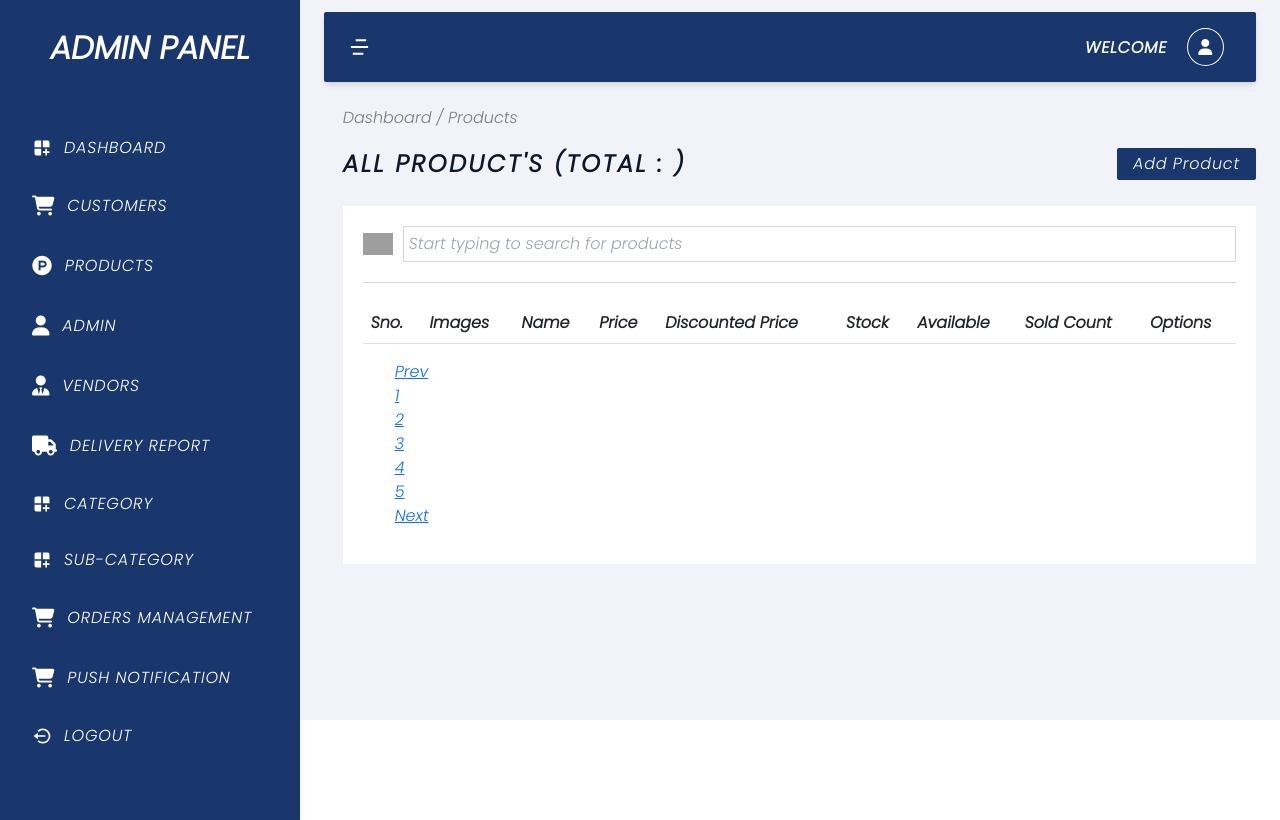
Repository: FlyweisReact/AnilAdminPanel
Page: /E-Commerce/Product
The author's editor kept a copy of each file at every save. The page is drawn from the files as they stood at one save, then again after the next save.
The browser window is 1280 px wide. The pictures show the whole page.
Pictures or frames that could not be fetched are drawn as grey boxes. The page's requests for data from a server got no answer. Some web libraries are served in a nearby version. The project was rebuilt for these pictures with package versions that can differ from the ones it lists, and the page was loaded fresh each time. No one was signed in, and anything a server would have sent is missing. Also part of the build but not shown: src/E-CommerceAdmin/forms/Login.jsx, src/E-CommerceAdmin/pages/Dashboard.jsx, src/E-CommerceAdmin/pages/ECategory.js, src/E-CommerceVendor/forms/EVendorLogin.jsx, src/E-CommerceAdmin/pages/EVendorList.js, src/E-CommerceAdmin/pages/EAdminOrders.js, src/E-CommerceAdmin/pages/EAdminProduct.js, src/E-CommerceAdmin/pages/EAdminDelivery.js and 5 more. Imported but missing from the stored project, and not drawn on this page: src/E-CommerceVendor/pages/EVCategory, src/E-CommerceVendor/pages/EVDashboard, src/E-CommerceVendor/pages/EVOrders, src/E-CommerceVendor/pages/EVProduct, src/E-CommerceVendor/pages/EVSubCategory.

Above is the page before, as saved 2023-05-02 16:15:21.

### public/index.html
<!-- @format -->

<!DOCTYPE html>
<html lang="en">
  <head>
    <meta charset="utf-8" />
    <meta name="viewport" content="width=device-width, initial-scale=1" />
    <meta name="theme-color" content="#000000" />
    <meta
      name="description"
      content="Web site created using create-react-app"
    />
    <link rel="apple-touch-icon" href="%PUBLIC_URL%/favicon.ico?v=2" />
    <link rel="manifest" href="%PUBLIC_URL%/manifest.json" />
    <link rel="preconnect" href="https://fonts.googleapis.com">
<link rel="preconnect" href="https://fonts.gstatic.com" crossorigin>
<link href="https://fonts.googleapis.com/css2?family=Roboto+Mono:ital,wght@1,300&display=swap" rel="stylesheet">
    <title>Anil Admin Panel</title>
  </head>
  <body>
    <noscript>You need to enable JavaScript to run this app.</noscript>
    <div id="root"></div>
    <script src="https://code.jquery.com/jquery-3.6.0.min.js"></script>
    <script src="https://kit.fontawesome.com/b533b351e4.js" crossorigin="anonymous"></script>
  </body>
</html>

### src/E-CommerceAdmin/pages/EProduct.js
/** @format */

import React, { useEffect, useState } from "react";
import HOC from "../layout/HOC";
import { Table, Modal, Form, Button, Badge } from "react-bootstrap";
import { toast } from "react-toastify";
import axios from "axios";


const EProduct = () => {
  const [modalShow, setModalShow] = React.useState(false);
  const [modalShow2, setModalShow2] = useState(false);
  const [edit, setEdit] = useState(false);
  const [data, setData] = useState([]);
  const [id, setId] = useState("");
  const [ dataLength , setDataLength ] = useState("")




  const fetchData = async () => {
    try {
      const { data } = await axios.get(
        " https://xw9mf13nwl.execute-api.ap-south-1.amazonaws.com/dev/api/v1/products"
      );
      setData(data);
      setDataLength(data?.data?.length)
    } catch (e) {
      console.log(e);
    }
  };



  useEffect(() => {
    fetchData();
  }, []);

  const [ currentPage  , setCurrentPage ] = useState(1)
  const recordsPerPage = 5 ;
  const lastIndex = currentPage  * recordsPerPage ;
  const firstIndex = lastIndex - recordsPerPage ;
  const records = data?.data?.slice(firstIndex , lastIndex)
  const npage = Math.ceil(21 / recordsPerPage )
  const numbers =  [ ...Array(npage + 1 ).keys()]?.slice(1)


  console.log(records)



  function MyVerticallyCenteredModal(props) {



    return (
      <Modal
        {...props}
        size="lg"
        aria-labelledby="contained-modal-title-vcenter"
        centered
      >
        <Modal.Header closeButton>
          <Modal.Title id="contained-modal-title-vcenter">
            {" "}
            {edit ? "Edit Product" : " Add New Product"}
          </Modal.Title>
        </Modal.Header>
        <Modal.Body>
          <Form>
            <Form.Group className="mb-3">
              <Form.Label>Product Images</Form.Label>
              <Form.Control type="file" required multiple />
            </Form.Group>

            <Form.Group className="mb-3">
              <Form.Label> Product Name</Form.Label>
              <Form.Control type="text" required placeholder="Product Name" />
            </Form.Group>
            <Form.Group className="mb-3">
              <Form.Label> Category</Form.Label>
              <Form.Select aria-label="Default select example" required>
                <option>-- Select Category --</option>
                <option>First Category</option>
                <option>Second Category</option>
              </Form.Select>
            </Form.Group>

            <Form.Group className="mb-3">
              <Form.Label>Minimum Purchase Qty </Form.Label>
              <Form.Control type="number" min={0} required placeholder="1" />
            </Form.Group>

            <Form.Group className="mb-3">
              <Form.Label>Tags</Form.Label>
              <Form.Control type="number" min={0} required placeholder="Tags" />
            </Form.Group>

            <Form.Group className="mb-3">
              <Form.Label>Description</Form.Label>
              <Form.Control type="text" required placeholder="" />
            </Form.Group>
            <Form.Group className="mb-3">
              <Form.Label>Reviews</Form.Label>
              <Form.Control type="text" required placeholder="" />
            </Form.Group>
            <Form.Group className="mb-3">
              <Form.Label>Discount</Form.Label>
              <Form.Control type="text" required placeholder="" />
            </Form.Group>
            <Form.Group className="mb-3">
              <Form.Label>Price</Form.Label>
              <Form.Control type="text" required placeholder="" />
            </Form.Group>
            <Form.Group className="mb-3">
              <Form.Label>Discounted Price</Form.Label>
              <Form.Control type="text" required placeholder="" />
            </Form.Group>
            <Form.Group className="mb-3">
              <Form.Label>Size</Form.Label>
              <Form.Control type="text" required placeholder="" />
            </Form.Group>
            <Form.Group className="mb-3">
              <Form.Label>Color</Form.Label>
              <Form.Control type="text" required placeholder="" />
            </Form.Group>
            <Form.Group className="mb-3">
              <Form.Label>Stock</Form.Label>
              <Form.Control type="text" required placeholder="" />
            </Form.Group>
            <Form.Group className="mb-3">
              <Form.Label>Highlights</Form.Label>
              <Form.Control type="text" required placeholder="" />
            </Form.Group>

            <Button
              style={{ backgroundColor: "#19376d", borderRadius: "0" }}
              type="submit"
            >
              Submit
            </Button>
          </Form>
        </Modal.Body>
      </Modal>
    );
  }

  function MyVerticallyCenteredModal2(props) {
    const [product, setProduct] = useState([]);

    const fetchProduct = async () => {
      try {
        const { data } = await axios.get(
          ` https://xw9mf13nwl.execute-api.ap-south-1.amazonaws.com/dev/api/v1/products/${id}`
        );
        setProduct(data);
      } catch (e) {
        console.log(e);
      }
    };

    useEffect(() => {
      if (props.show) {
        fetchProduct();
      }
    }, [props.show]);

    return (
      <Modal
        {...props}
        size="lg"
        aria-labelledby="contained-modal-title-vcenter"
        centered
      >
        <Modal.Header closeButton>
          <Modal.Title id="contained-modal-title-vcenter">
            {" "}
            {product?.data?.name}
          </Modal.Title>
        </Modal.Header>
        <Modal.Body>
          <p className="View">
            {" "}
            <strong>Name : </strong> {product?.data?.name}
          </p>
          <p className="View">
            {" "}
            <strong>Description : </strong> {product?.data?.description}
          </p>
          <p className="View">
            {" "}
            <strong>Price : </strong> {product?.data?.price}
          </p>
          <p className="View">
            {" "}
            <strong>Stock : </strong> {product?.data?.stock}
          </p>
          <p className="View">
            {" "}
            <strong>Variant : </strong> {product?.data?.variant}
          </p>
          <p className="View">
            {" "}
            <strong>Unit : </strong> {product?.data?.unit}
          </p>
          <p className="View">
            {" "}
            <strong>Brand : </strong> {product?.data?.brand}
          </p>
          <p className="View">
            {" "}
            <strong>Category : </strong> {product?.data?.category}
          </p>
          <p className="View">
            {" "}
            <strong>Available : </strong>{" "}
            {product?.data?.isAvailable === true ? "Yes" : "No"}
          </p>
          <p className="View">
            {" "}
            <strong>Sold Count : </strong> {product?.data?.soldCount}
          </p>

          <p className="View">
            {" "}
            <strong>Discount percentage : </strong>{" "}
            {product?.data?.discountPercent}%
          </p>

          <p className="View">
            {" "}
            <strong>Discounted Price : </strong> ₹
            {product?.data?.discountedPrice}
          </p>
        </Modal.Body>
      </Modal>
    );
  }

  const deleteHandler = async (id) => {
    try {
      const { data } = await axios.delete(` https://xw9mf13nwl.execute-api.ap-south-1.amazonaws.com/dev/api/v1/products/${id}`)
      console.log(data)
      fetchData()
      toast.success("Product Deleted SuccessFully");
    } catch (e) {
      console.log(e);
    }
  };



function prePage () {
  if ( currentPage !== firstIndex ) {
    setCurrentPage(currentPage - 1)
  }
}
function  changeCPage (id) {
  setCurrentPage(id)
}
function  nextPage( ) {
  if ( currentPage !== lastIndex ) {
    setCurrentPage(currentPage +  1)
  }

}

  return (
    <>
      <MyVerticallyCenteredModal
        show={modalShow}
        onHide={() => setModalShow(false)}
      />
      <MyVerticallyCenteredModal2
        show={modalShow2}
        onHide={() => setModalShow2(false)}
      />

      <p className="headP">Dashboard / Products</p>


      <div
        className="pb-4   w-full flex justify-between items-center"
        style={{ width: "98%", marginLeft: "2%" }}
      >
        <span
          className="tracking-widest text-slate-900 font-semibold uppercase"
          style={{ fontSize: "1.5rem" }}
        >
          All Product's (Total : {data?.data?.length})
        </span>
        <button
          onClick={() => {
            setEdit(false);
            setModalShow(true);
          }}
          className="md:py-2 px-3 md:px-4 py-1 rounded-sm bg-[#19376d] text-white tracking-wider"
        >
          Add Product
        </button>
      </div>

      <section className="sectionCont">
        <div className="filterBox">
          <img
            src="https://t4.ftcdn.net/jpg/01/41/97/61/360_F_141976137_kQrdYIvfn3e0RT1EWbZOmQciOKLMgCwG.jpg"
            alt=""
          />
          <input
            type="search"
            placeholder="Start typing to search for products"
          />
        </div>

        <div className="overFlowCont">
          <Table>
            <thead>
              <tr>
                <th>Sno.</th>
                <th>Images</th>
                <th>Name</th>
                <th>Price</th>
                <th>Discounted Price</th>
                <th>Stock</th>
                <th>Available</th>
                <th>Sold Count</th>
                <th> Options </th>
              </tr>
            </thead>
            <tbody>
              {data?.data?.map((i, index) => (
                <tr key={index}>
                  <td> #{index + 1} </td>
                  <td>
                    {" "}
                    {i.image?.map((img, index) => (
                      <img
                        src={img}
                        alt=""
                        key={index}
                        style={{ width: "60px" }}
                      />
                    ))}{" "}
                  </td>
                  <td> {i.name} </td>
                  <td> ₹{i.price} </td>
                  <td style={{ textDecoration: "line-through" }}>
                    {" "}
                    ₹{i.discountedPrice}{" "}
                  </td>
                  <td>
                    {i.stock > 10 ? (
                      <Badge bg="success"> {i.stock} In Stock </Badge>
                    ) : (
                      <Badge bg="danger"> {i.stock} In Stock </Badge>
                    )}
                  </td>
                  <td>
                    {" "}
                    {i.isAvailable === true ? (
                      <Badge bg="success">Available</Badge>
                    ) : (
                      <Badge bg="danger"> Not Available</Badge>
                    )}{" "}
                  </td>
                  <td> {i.soldCount} </td>
                  <td>
                    <span className="flexCont">
                      <i
                        className="fa-solid fa-eye"
                        onClick={() => {
                          setId(i._id);
                          setModalShow2(true);
                        }}
                      ></i>
                      <i
                        className="fa-solid fa-pen-to-square"
                        onClick={() => {
                          setEdit(true);
                          setModalShow(true);
                        }}
                      ></i>
                      <i
                        className="fa-sharp fa-solid fa-trash"
                        onClick={() => deleteHandler(i._id)}
                      ></i>
                    </span>
                  </td>
                </tr>
              ))}
            </tbody>
          </Table>
          <ul>
            <li>
              <a href="#" onClick={prePage} >Prev</a>
            </li>
            {
              numbers?.map((n , i) => (
                <li>
                  <a href="#" onClick={changeCPage} key={i} > {n} </a>
                </li>
              ))
            }
            <li>
              <a href="#" onClick={nextPage} >Next</a>
            </li>
          </ul>
        </div>
      </section>
    </>
  );
};

export default HOC(EProduct);

### src/E-CommerceAdmin/layout/HOC.jsx
/** @format */

import React, { useState } from "react";
import Navbar from "./Navbar";
import Sidebar from "./Sidebar";

const HOC = (Wcomponenet) => {
  return function Component() {
    const [hamb, setHamb] = useState(false);
    return (
      <>
        <section className="flex overflow-x-hidden relative ">
          {/* Sidebar */}
          <div
            className={
              hamb
                ? " absolute top-0 z-30 md:w-auto shadow-md bg-slate-200  w-60 transition-all md:-left-full left duration-150  h-auto overflow-y-auto  left-0 "
                : " md:w-72 z-30 bg-slate-200  shadow-md  md:static absolute top-0 -left-full   transition-all duration-150  overflow-y-auto h-auto"
            }
            style={{ minWidth: "300px" }}
          >
            <Sidebar hamb={hamb} setHamb={setHamb} />
          </div>
          {/* Components & Navbar */}
          <div
            className={
              hamb
                ? " transition-all px-4 py-2  duration-150 w-full h-screen"
                : " w-full h-screen  px-4 py-2   z-50 transition-all duration-150 "
            }
            style={{backgroundColor : '#f2f3f8'}}
          >
            <Navbar hamb={hamb} setHamb={setHamb} />
            <div className="my-6 text-#000 h-[87%] wcomp overflow-y-auto">
              {" "}
              <Wcomponenet />
            </div>
          </div>
        </section>
      </>
    );
  };
};

export default HOC;

### src/E-CommerceAdmin/layout/Navbar.jsx
/** @format */

import { useState } from "react";
import { RiMenu4Line } from "react-icons/ri";
import { ProfileUpdate } from "../Modals/Modals";

const Navbar = ({ hamb, setHamb }) => {
  const [openProfile, setOpenProfile] = useState(false);

  return (
    <>
      <ProfileUpdate show={openProfile} onHide={() => setOpenProfile(false)} />

      <div
        className={
          hamb
            ? "flex  w-full justify-between  my-1 rounded-sm  p-4 py-3 shadow-md items-center  bg-slate-200 space-x-4"
            : "flex  w-full justify-between my-1 rounded-sm  p-4 py-3 shadow-md items-center  bg-slate-200 space-x-4"
        }
        style={{ backgroundColor: "#19376d" }}
      >
        <RiMenu4Line
          onClick={() => setHamb(!hamb)}
          className="text-2xl font-bold text-gray-900 hover:scale-90 cursor-pointer"
          style={{ color: "#fff" }}
        />

        <section className="flex sm:ml-auto justify-end sm:w-full items-center space-x-2  pr-2">
          <figcaption className="tracking-wider pl-1 font-semibold">
            <div
              className="lg:text-base text-sm text-gray-900  uppercase"
              style={{ color: "#fff" }}
            >
              Welcome
              <i
                className="fa-solid fa-user UserProfile"
                onClick={() => setOpenProfile(!openProfile)}
              ></i>
            </div>
          </figcaption>
        </section>
      </div>
    </>
  );
};

export default Navbar;

### src/E-CommerceAdmin/layout/Sidebar.jsx
/** @format */

import React from "react";
import { RiCloseLine } from "react-icons/ri";
import { Link, useNavigate } from "react-router-dom";
import { BiLogOutCircle } from "react-icons/bi";
import { MdDashboardCustomize } from "react-icons/md";

const Sidebar = ({ hamb, setHamb }) => {
  const navigate = useNavigate();

  const nav = [
    {
      icon: <MdDashboardCustomize className="text-xl mr-3 rounded-full " />,
      link: "/E-Commerce/dashboard",
      name: "Dashboard",
    },

    {
      icon: (
        <i className="fa-solid fa-cart-shopping text-xl mr-3 rounded-full"></i>
      ),
      link: "/Customer",
      name: "Customers",
    },

    {
      icon: (
        <i className="fa-brands fa-product-hunt text-xl mr-3 rounded-full"></i>
      ),
      link: "/E-Commerce/Product",
      name: "Products",
    },

    {
      icon: <i class="fa-solid fa-user text-xl mr-3 rounded-full"></i>,
      link: "/E-Commerce/Admin",
      name: "Admin",
    },
    {
      icon: <i class="fa-solid fa-user-tie text-xl mr-3 rounded-full"></i>,
      link: "/E-Commerce/VendorList",
      name: "Vendors",
    },

    {
      icon: <i class="fa-solid fa-truck  text-xl mr-3 rounded-full"></i>,
      link: "/E-Commerce/Admin/Delivery",
      name: "Delivery Report",
    },

    {
      icon: <MdDashboardCustomize className="text-xl mr-3 rounded-full " />,
      link: "/E-Commerce/Category",
      name: "Category",
    },

    {
      icon: <MdDashboardCustomize className="text-xl mr-3 rounded-full " />,
      link: "/E-Commerce/Admin/subCat",
      name: "Sub-Category",
    },

    {
      icon: (
        <i className="fa-solid fa-cart-shopping text-xl mr-3 rounded-full"></i>
      ),
      link: "/E-commerce/Admin/Orders",
      name: "Orders Management",
    },

    {
      icon: (
        <i className="fa-solid fa-cart-shopping text-xl mr-3 rounded-full"></i>
      ),
      link: "/notification",
      name: "Push Notification",
    },
  ];

  const logOut = () => {
    navigate("/");
  };

  return (
    <>
      <aside
        className="p-4 h-auto"
        style={{ backgroundColor: "#19376d", minHeight: "100vh" }}
      >
        {/* Top */}
        <div className="w-full md:hidden relative  p-2 mb-4">
          <RiCloseLine
            onClick={() => setHamb(!hamb)}
            className="text-3xl  absolute top-2 sm:hover:rotate-[228deg] transition-transform font-bold right-2 sm:hover:text-[22px] text-[rgb(241,146,46)] cursor-pointer"
          />
        </div>{" "}
        <figure className="flex  flex-col items-center">
          <span
            className="font-bold text-[#fff]"
            style={{
              fontSize: "2rem",
              textAlign: "center",
              textTransform: "uppercase",
            }}
          >
             ADMIN PANEL
          </span>
        </figure>
        <nav className="py-6">
          {nav.map((nav) => {
            return (
              <Link
                to={nav.link}
                key={nav.name}
                className=""
                style={{ textDecoration: "none", textTransform: "uppercase" }}
              >
                <span
                  className="flex my-3 items-center cursor-pointer text-gray-900    tracking-wider p-2 rounded-sm"
                  style={{ color: "#FFF" }}
                >
                  {nav.icon} {nav.name}
                </span>
              </Link>
            );
          })}
          <span
            className="flex my-3 items-center cursor-pointer text-gray-900    tracking-wider p-2 rounded-sm"
            onClick={() => logOut()}
            style={{ color: "#FFF", textTransform: "uppercase" }}
          >
            <BiLogOutCircle className="text-xl mr-3 rounded-full " /> LogOut
          </span>
        </nav>
      </aside>
    </>
  );
};

export default Sidebar;

Loaded but not shown: tailwind.config.js (common file); src/App.js (66 lines, source omitted); src/E-CommerceAdmin/Modals/Modals.js (42 lines, source omitted); src/index.js (15 lines, source omitted); src/index.css (356 lines, source omitted)

After the next save:
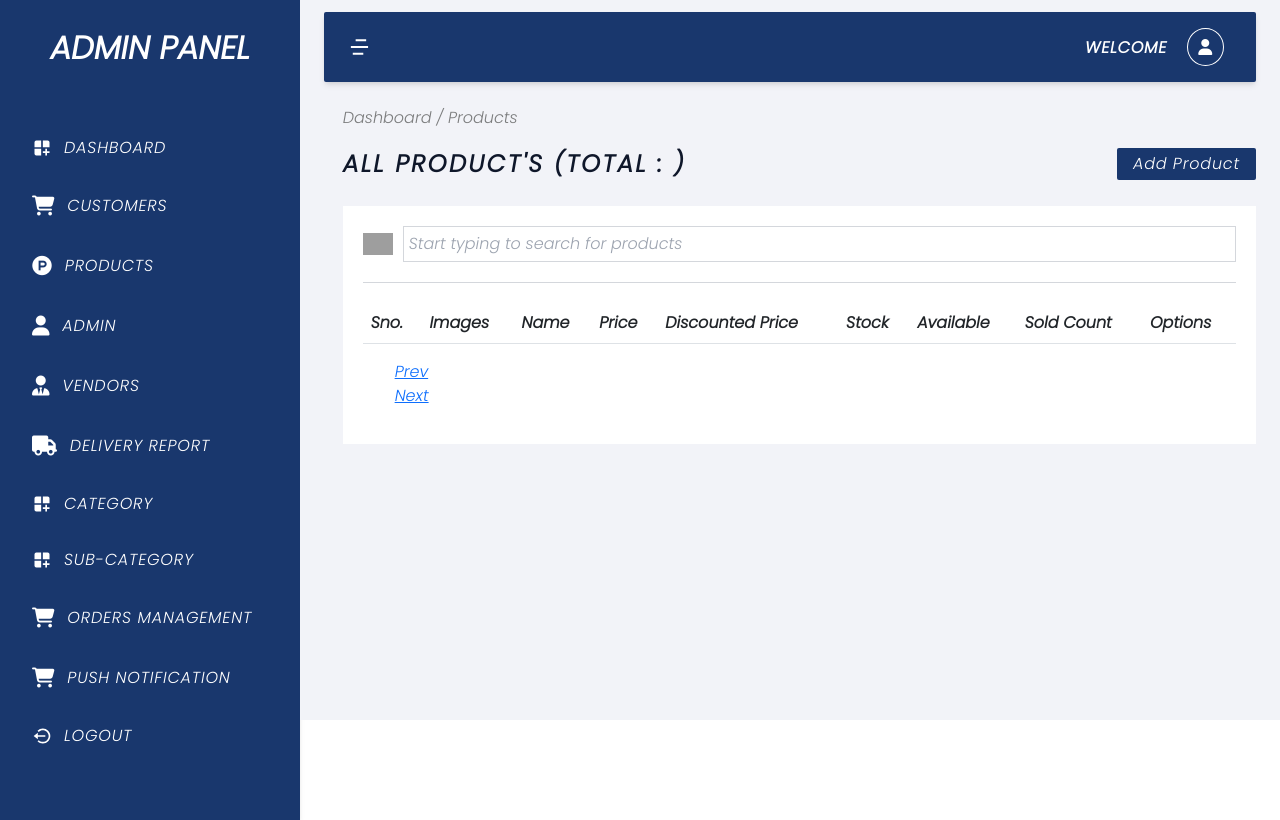
Saved 7 s later.
--- a/src/E-CommerceAdmin/pages/EProduct.js
+++ b/src/E-CommerceAdmin/pages/EProduct.js
@@ -41,7 +41,7 @@ const EProduct = () => {
   const lastIndex = currentPage  * recordsPerPage ;
   const firstIndex = lastIndex - recordsPerPage ;
   const records = data?.data?.slice(firstIndex , lastIndex)
-  const npage = Math.ceil(21 / recordsPerPage )
+  const npage = Math.ceil( dataLength / recordsPerPage )
   const numbers =  [ ...Array(npage + 1 ).keys()]?.slice(1)
 
 
